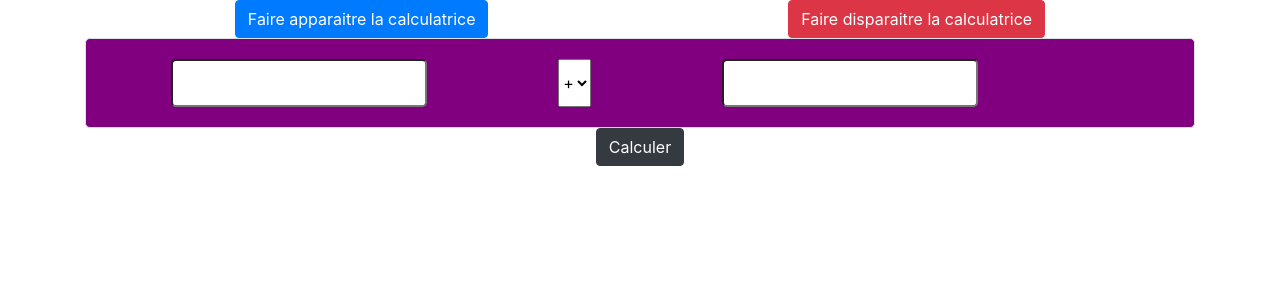
Repository: julieLyM/calculatrice
Page: calculatrice.html
The author's editor kept a copy of each file at every save. The page is drawn from the files as they stood at one save, then again after the next save.
The browser window is 1280 px wide. The pictures show the whole page.

Above is the page before, as saved 2020-12-08 15:20:35.

### calculatrice.html
<!DOCTYPE html>
<html lang="fr">
  <head>
    <meta charset="UTF-8">
    <meta name="viewport" content="width=device-width, initial-scale=1.0">
		<link rel="stylesheet" href="https://cdn.jsdelivr.net/npm/bootstrap@4.5.3/dist/css/bootstrap.min.css" integrity="sha384-TX8t27EcRE3e/ihU7zmQxVncDAy5uIKz4rEkgIXeMed4M0jlfIDPvg6uqKI2xXr2" crossorigin="anonymous">

    <title>exercice calculatrice</title>
  </head>
  <body>
    <div class="container-fluid">
      <div class="container">

        <div class="row justify-content-around" style="margin: 0 auto; text-align:center">
            <button class="btn btn-primary" id="appear" >Faire apparaitre la calculatrice </button>
            <button class="btn btn-danger" id="disapear">Faire disparaitre la calculatrice</button>
        </div>


        <div class="row justify-content-around border w-100 rounded-lg" id="blocCal"  style="padding: 20px;margin: 0px auto; text-align:center; background-color: purple">

          <input type="text" class="rounded-lg" value="" id="nombre1">

          <select name="calcul" id="operateur">
            <option>+</option>
            <option>-</option>
            <option>*</option>
            <option>/</option>
          </select>

          <input type="text" class="rounded-lg" value="" id="nombre2">
          <br>
          <br>
        </div>

        <div class="row justify-content-center">
          <button type="button" class="btn btn-dark" id="calculer">Calculer</button>
        </div>

          <br>
    <div class="row justify-content-center">
      <div id="message"></div>
    </div>
  </div>
</div>
    <!--APPEL JQUERY-->
		<script src="https://code.jquery.com/jquery-3.5.1.min.js" integrity="sha256-9/aliU8dGd2tb6OSsuzixeV4y/faTqgFtohetphbbj0=" crossorigin="anonymous"></script>
		<script src="https://cdn.jsdelivr.net/npm/bootstrap@4.5.3/dist/js/bootstrap.bundle.min.js" integrity="sha384-ho+j7jyWK8fNQe+A12Hb8AhRq26LrZ/JpcUGGOn+Y7RsweNrtN/tE3MoK7ZeZDyx" crossorigin="anonymous"></script>
    <!--NOTRE CODE JS-->
    <script src="calculatrice.js"></script>
  </body>
</html>

### calculatrice.js
//Etapes :
// --------
// - faire une page html
// - créer deux input type text avec deux id différent pour la saisie des valeurs
// - créer un select avec un id pour proposer les différents opérateurs. (+-*/    ** %)
// - créer un bouton avec un id pour lancer le calcul (button, span)

// Avec js :
// ---------
// - lors du click  sur le bouton (evenement) :
// - récupérer les deux saisies des champs text et l'opérateur selectionné

// - il peut être important de passer les saisies dans un parseFloat() pour les transformer en type number
// - declencher le calcul des saisies selon  l'opérateur avec un if qui va tester l'opérateur pour déclencher l'opération.
// - afficher l'opération avec le résultat.

// Pour aller plus loin :
// ----------------------
// - essayer de donner la possibilité de faire apparaitre ou disparaitre la calculatrice

$(document).ready(function () {
  $('#appear').on('click', function () {
    $('#blocCal').slideDown(1000);
  });

  // Cacher la  calculatrice :
  $('#disapear').on('click', function () {
    $('#blocCal').slideUp(1000);
  });

  $('#calculer').on('click', function () {
    var value1 = $('#nombre1').val();
    var signe = $('#operateur').val();
    var value2 = $('#nombre2').val();

    value1 = parseFloat(value1);
    value2 = parseFloat(value2);
    var resultat = '';

    if (signe == '+') {
      resultat = $('#message').html(
        '<div style="background-color: pink;color: yellow; text-align: center;font-size:26px; padding:20px">Résultat addition: ' +
          value1 +
          signe +
          value2 +
          ' = ' +
          (value1 + value2) +
          '</div>'
      );
    } else if (signe == '-') {
      resultat = resultat = $('#message').html(
        '<div style="background-color: pink;color: blue; text-align: center;font-size:26px; padding:20px">Résultat soustration: ' +
          value1 +
          signe +
          value2 +
          ' = ' +
          (value1 - value2) +
          '</div>'
      );
    } else if (signe == '*') {
      resultat = resultat = $('#message').html(
        '<div style="background-color: pink;color: purple; text-align: center;font-size:26px; padding:20px">Résultat multiplication: ' +
          value1 +
          signe +
          value2 +
          ' = ' +
          value1 * value2 +
          '</div>'
      );
    } else if (signe == '/') {
      resultat = resultat = $('#message').html(
        '<div style="background-color: pink;color: green; text-align: center;font-size:26px; padding:20px">Résultat division: ' +
          value1 +
          signe +
          value2 +
          ' = ' +
          value1 / value2 +
          '</div>'
      );
    }
  });

  $('#nombre1, #nombre2').on('mouseover', function () {
    $('#message').html(
      `<div style="background-color: pink;color: red; padding:20px">Saisir un chiffre</div>`
    );
  });

  $('#nombre1, #nombre2').on('mouseout', function () {
    $('#message').html('');
  });

  $('#operateur').on('mouseover', function () {
    $('#message').html(
      `<div style="background-color: pink;color: red; padding:20px">Saisir un opérateur + - / *</div>`
    );
  });
  $('#operateur').on('mouseout', function () {
    $('#message').html('');
  });
});

After the next save:
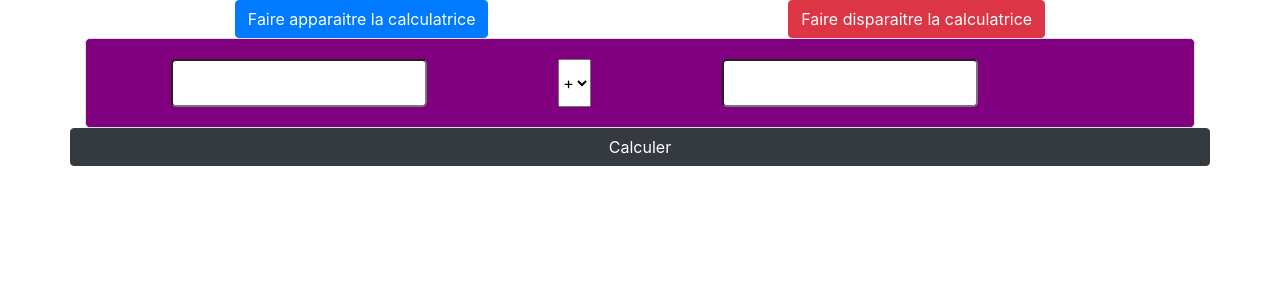
Saved 10 s later.
--- a/calculatrice.html
+++ b/calculatrice.html
@@ -34,7 +34,7 @@
         </div>
 
         <div class="row justify-content-center">
-          <button type="button" class="btn btn-dark" id="calculer">Calculer</button>
+          <button type="button" class="btn btn-dark w-100" id="calculer">Calculer</button>
         </div>
 
           <br>

After the 3 saves that followed:
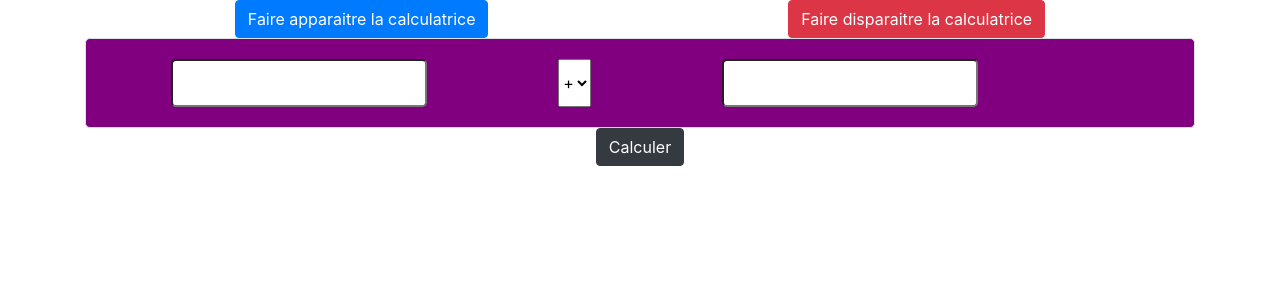
The 3 saves are shown as one change because they came seconds apart.
The last was saved 13 s later.
--- a/calculatrice.html
+++ b/calculatrice.html
@@ -34,7 +34,7 @@
         </div>
 
         <div class="row justify-content-center">
-          <button type="button" class="btn btn-dark w-100" id="calculer">Calculer</button>
+          <button type="button" class="btn btn-dark" id="calculer">Calculer</button>
         </div>
 
           <br>
